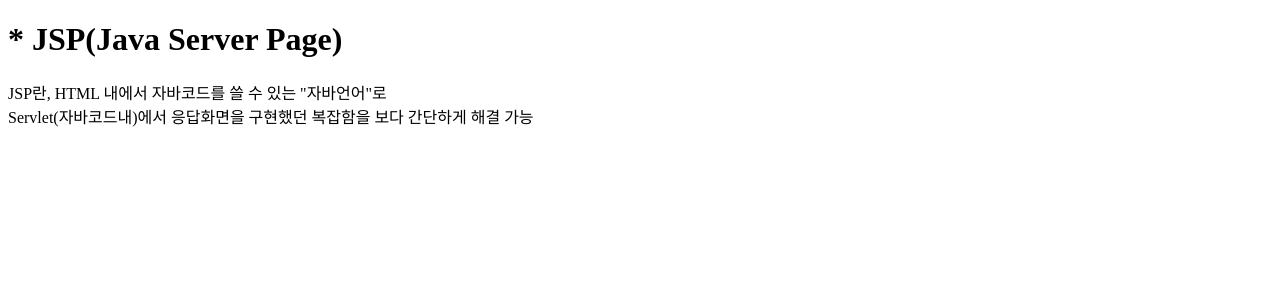
Repository: 1400CP/05_server-workspace1
Page: 2_JSP/WebContent/index.html
The author's editor kept a copy of each file at every save. The page is drawn from the files as they stood at one save, then again after the next save.
The browser window is 1280 px wide. The pictures show the whole page.

Above is the page before, as saved 2025-02-14 06:33:44.

### 2_JSP/WebContent/index.html
<!DOCTYPE html>
<html>
<head>
<meta charset="UTF-8">
<title>Insert title here</title>
</head>
<body>

	<h1>* JSP(Java Server Page)</h1>

	<p>
		JSP란, HTML 내에서 자바코드를 쓸 수 있는 "자바언어"로 <br>
		Servlet(자바코드내)에서 응답화면을 구현했던 복잡함을 보다 간단하게 해결 가능 <br>

	</p>



</body>
</html>

After the next save:
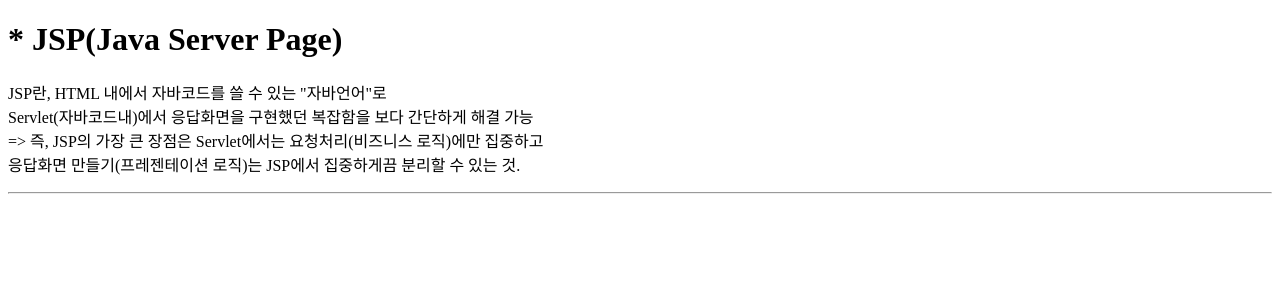
Saved 90 s later.
--- a/2_JSP/WebContent/index.html
+++ b/2_JSP/WebContent/index.html
@@ -11,8 +11,12 @@
 	<p>
 		JSP란, HTML 내에서 자바코드를 쓸 수 있는 "자바언어"로 <br>
 		Servlet(자바코드내)에서 응답화면을 구현했던 복잡함을 보다 간단하게 해결 가능 <br>
+		=> 즉, JSP의 가장 큰 장점은 Servlet에서는 요청처리(비즈니스 로직)에만 집중하고 <br>
+			응답화면 만들기(프레젠테이션 로직)는 JSP에서 집중하게끔 분리할 수 있는 것.
+	</p>
 
-	</p>
+	<hr>
+
 
 
 
